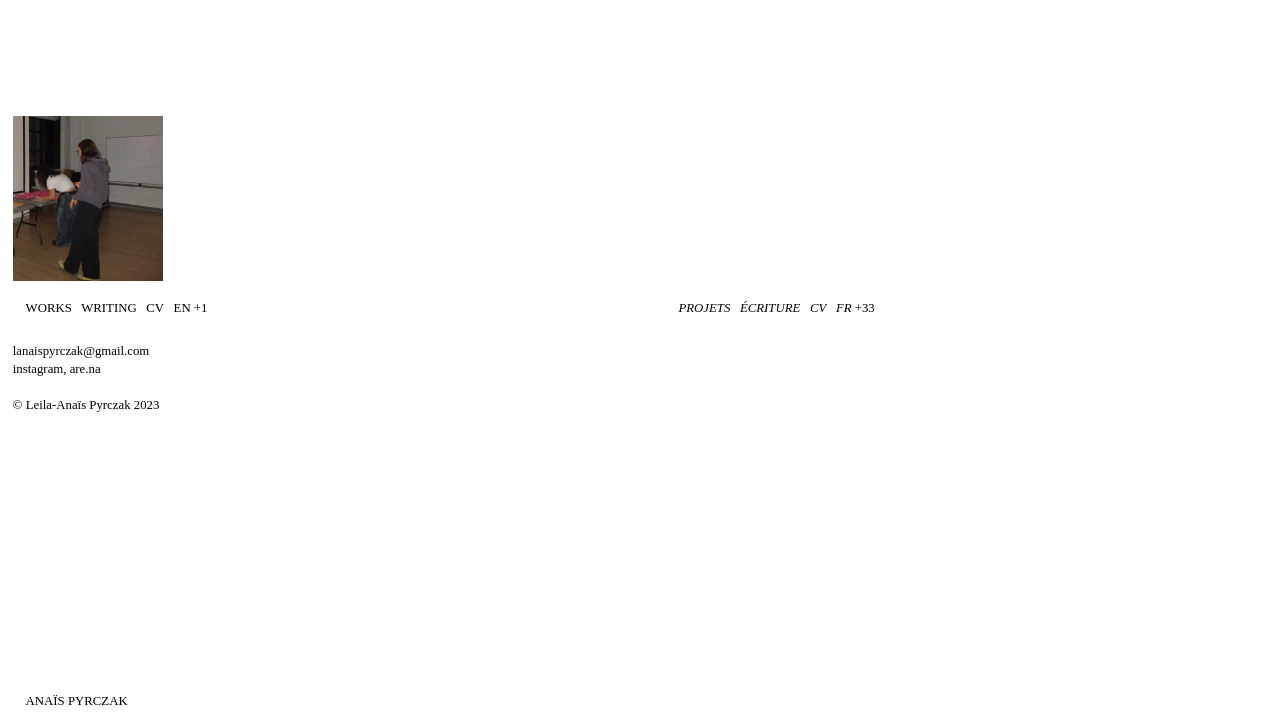
Repository: pyrcl090/site
Page: info.html
These files come from the project's save history. The page is drawn as it stood at one moment and after the next save; the edit follows.
The browser window is 1280 px wide. The pictures show the whole page.
Some web fonts or font styles are not loaded; a fallback is used.

Above is the page before, as saved 2024-03-20 22:24:24.
Console error: TypeError: Cannot read properties of null (reading 'addEventListener')

### info.html
<!DOCTYPE html>
<html lang="en">
<head>
    <meta charset="UTF-8">
    <meta http-equiv="X-UA-Compatible" content="IE=edge">
    <meta name="viewport" content="width=device-width, initial-scale=1.0">
    <title>anais pyrczak</title>
    <link rel="icon" type="image/x-icon" href="./AP.png">
    <link rel="stylesheet" href="style.css">
    <style>
        html{
            background-color: white;
        }
    </style>
</head>
<body>

<p class="nav">ANAÏS PYRCZAK</p>

<br><br><img class= "passeport margin-top" src="eh3.png" alt="meh" srcset="">

<div class="project language">

<p class="highlight en">
  <span class="select"><a href="index.html">WORKS</a></span>&nbsp;&nbsp;
  <span class="select"><a href="write.html">WRITING</a></span>&nbsp;&nbsp;
  <span class="select"><a class="internal" item="" href="CV_Leila_Anais_Pyrczak.pdf">CV</a></span>&nbsp;&nbsp;
  EN +1</p>
<p class="highlight fr">
  <span class="select"><a href="index.html"><em>PROJETS</em></a></span>&nbsp;&nbsp;
  <span class="select"><a href="write.html"><em>ÉCRITURE</em></a></span>&nbsp;&nbsp;
  <em class="select"><span><a class="internal" item="" href="CV_Leila_Anais_Pyrczak.pdf">CV</a></span></em>&nbsp;&nbsp;
  <em>FR</em> +33</p>
</div>

  <p class="info">lanaispyrczak@gmail.com <br>
    <span class="select"><a  class="external" item="" href="https://www.instagram.com/anaisest_/?hl=fr">instagram</a></span>,
    <span class="select"><a  class="external" item="" href="https://www.are.na/anais-pyrczak">are.na</a></span>
    <br><br>
    &#169; Leila-Anaïs Pyrczak 2023
    <br><br>
  </p>


<script src="script.js" async defer></script>
</body>
</html>

### style.css
@font-face {
    font-family: 'HMP';
    src: url("hiragino-maru-gothic-pron-w4.otf") format("truetype");
}

html{
    background-color:rgb(255, 255, 255);
}
body::-webkit-scrollbar {
    display: none;
  }
body{
    font-family: 'HMP';
    font-weight: 400;
    font-style: normal;
    font-size: .8em;
    line-height: 1.4em;
    overscroll-behavior-x: none;
    margin: 0%;
    padding: 0%;
    z-index: 0;
}
.dissapear{
    color: transparent;
}
.dissapear:hover{
    color: white;
    transition: .2s;
}

p{
    color: rgb(255, 255, 255);
    mix-blend-mode: exclusion;
}
a{
    color: rgb(255, 255, 255);
    text-decoration: none;
    mix-blend-mode: exclusion;
}
.nav{
    bottom: 1%;
    padding-bottom: 0%;
    padding-left: 2%;
    position: fixed;
    width: 100vw;
    height: 1vh;
    mix-blend-mode: exclusion;
    color: rgb(255, 255, 255);
    z-index: 3;
    overscroll-behavior-x: none;
}
.nav2{
    top: 0%;
    padding-bottom: 1%;
    right: 0%;
    padding-right: 2%;
    text-align: right;
    position: fixed;
    width: 50vw;
    height: 1vh;
    mix-blend-mode: exclusion;
    color: rgb(255, 255, 255);
    z-index: 3;
    overscroll-behavior-x: none;
}
.nav3{
    top: 0%;
    padding-bottom: 1%;
    padding-left: 2%;
    position: fixed;
    width: 50vw;
    height: 1vh;
    z-index: 3;
    overscroll-behavior-x: none;
}
.nav4{
    top: 40%;
    padding-bottom: 1%;
    padding-left: 2%;
    position: fixed;
    width: 50vw;
    height: 1vh;
    z-index: 3;
    overscroll-behavior-x: none;
}
.margin-top{
    margin-top: 80px;
}
.project{
    display: flex;
    flex-direction: row;
}
img.passeport{
    width: 150px;
    height:auto;
    padding-left: 1%;

}
.en{
    padding-left: 2%;
    padding-right: 1%;
    width: 50vw;
    /* text-align-last: right; */
}
.info{
    padding-left: 1%;
}

/* home selects */

.home_imgs{
    width: auto;
    margin-top: 0vh;
    height: 100vh;
    display: flex;
    padding-left: 0vw;
}
.home_container{
    width: auto;
    margin-top: 0vh;
    height: 100vh;
    display: flex;
    padding-left: 0vw;
}

/* are.na channels for individual pages */

  .arenaimgs{
         width: auto;
         margin-top: 0vh;
         height: 100vh;
         display: flex;
         padding-left: 0vw;
  }
  #parent{
          margin-block-start: 0em;
          margin-block-end: 0em;
          margin-inline-start: 0px;
          margin-inline-end: 0px;
          padding-inline-start: 0px;
          padding-inline-end: 0px;
          scroll-padding-inline-end: 0px;
   }
  ul {
          list-style-type: none;
          width: auto;
          height: fit-content;
          margin-block-start: 0em;
          margin-block-end: 0em;
          margin-inline-start: 0vw;
          margin-inline-end: 0px;
          padding-inline-start: 0px;
          padding-inline-end: 0px;
          scroll-padding-inline-end: 0px;
          display: flex;


      }
      .img_container{
        margin-block-start: 0em;
        margin-block-end: 0em;
        margin-inline-start: 0px;
        margin-inline-end: 0px;
        padding-inline-start: 0px;
        padding-inline-end: 0px;
        scroll-padding-inline-end: 0px;
        /* height: 100vh; */
        display: flex;
        flex-direction: column;
      }

      #image-block {

        background-color: none;
        display: flex;
        flex-direction: column;
        /* justify-content: center; */
      }

      iframe{
        width: 100vw;
        height: 40vh;
        z-index: 3;
      }
      iframe.web{
        height: 80vh;
        margin-left: 1%;
        width: 78vw;
        background-color: white;
        border-radius: 10px;
      }

      @media only screen and (max-width: 780px) {
        .nav{
            width: 100vw;
            padding-left: 2%;
        }
        .arenaimgs{
            width: auto;
            margin-top: 5vh;
            height: 90vh;
            margin-bottom: 5vh;
            display: flex;
            padding-left: 1vw;
     }
        iframe.video{
            height: 100vh;
            width: auto;
        }
        iframe{
            width: 98vw;
            margin: 1%;
            height: 40vh;
            z-index: 3;
          }
        iframe.web{
            height: 80vh;
            margin-left: 2%;
            width: 96vw;
            background-color: white;
            border-radius: 10px;
        }
        .margin-top{
            margin-top: 80px;
        }
        .info{
            padding-left: 2%;
        }
        img.passeport{
            width: 130px;
            height:auto;
            padding-left: 2%;
        }
        .highlight.fr{
            margin-bottom: 0%;
            margin-top: 0%;
        }
        .highlight.en{
            margin-bottom: 0%;
        }
      }

### script.js
let img1 = document.querySelector(".img1");
let img2 = document.querySelector(".img2");
let img3 = document.querySelector(".img3");
let img4 = document.querySelector(".img4");
let img5 = document.querySelector(".img5");
let img6 = document.querySelector(".img6");
let img7 = document.querySelector(".img7");
let img8 = document.querySelector(".img8");
let img9 = document.querySelector(".img9");

let imgtxt = document.querySelector("#img_text");
let mp4txt = document.querySelector("#mp4_text");

img1.addEventListener("mouseover", function(){
    mp4txt.innerHTML = "";
    imgtxt.innerHTML = "labraderie_POSTER";
});

img2.addEventListener("mouseover", function(){
    mp4txt.innerHTML = "";
    imgtxt.innerHTML = "rusałka_TYPEFACE";
});

// img3.addEventListener("mouseover", function(){
//     mp4txt.innerHTML = "";
//     imgtxt.innerHTML = "perfectdesigns_POSTER";
// });

img4.addEventListener("mouseover", function(){
    mp4txt.innerHTML = "";
    imgtxt.innerHTML = "sledz_BRANDING";
});

// img5.addEventListener("mouseover", function(){
//     mp4txt.innerHTML = "preciouscarharttWIP_ANIMATION";
//     imgtxt.innerHTML = "";
// });

img6.addEventListener("mouseover", function(){
    mp4txt.innerHTML = "";
    imgtxt.innerHTML = "signaletiquechiottes_FUNSHIT";
});

img7.addEventListener("mouseover", function(){
    mp4txt.innerHTML = "";
    imgtxt.innerHTML = "(e)3_BOOK";
});

img8.addEventListener("mouseover", function(){
    mp4txt.innerHTML = "lepasdecote_IDENTITY";
    imgtxt.innerHTML = "";
});

img9.addEventListener("mouseover", function(){
    mp4txt.innerHTML = "";
    imgtxt.innerHTML = "recettesgenerees_BOOK";
});


// event listener text
// labraderie
// whitefinproject
// sledz
// preciouscarharttWIP
// signaletiquechiottes
// (e)
// lepasdecote
// recettesgenerees

After the next save:
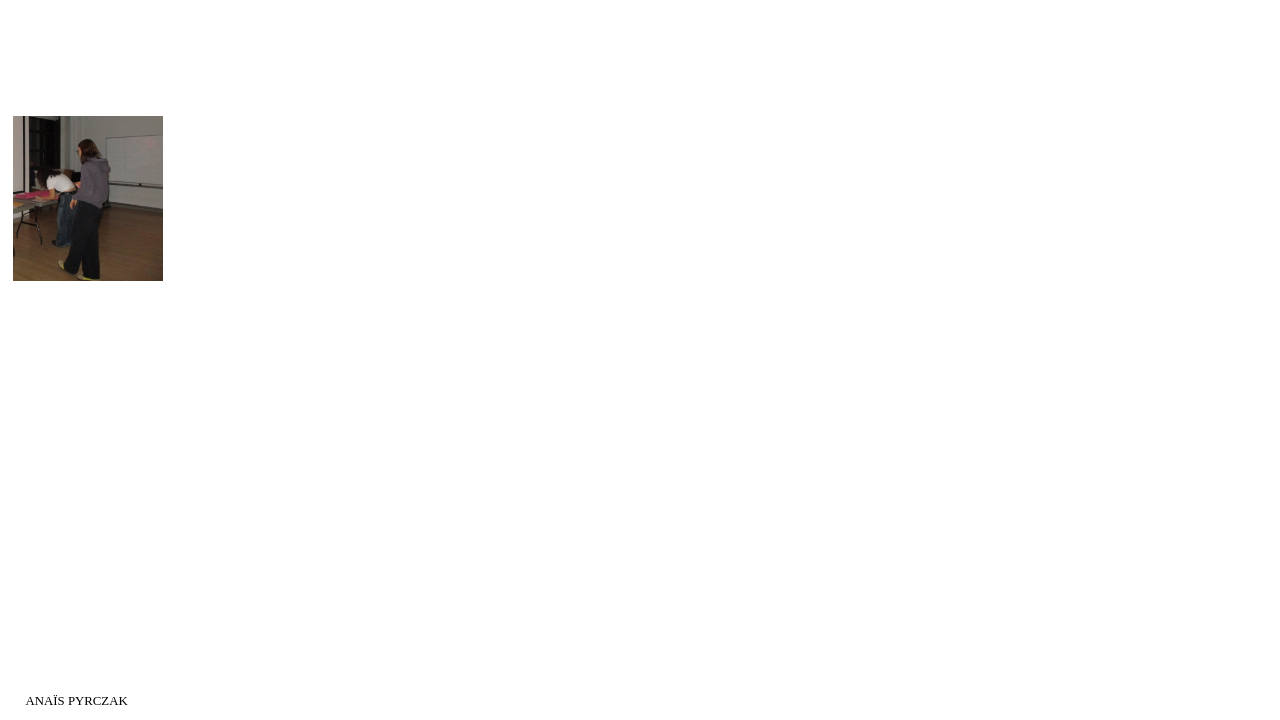
Saved 40 s later.
--- a/info.html
+++ b/info.html
@@ -21,25 +21,7 @@
 
 <div class="project language">
 
-<p class="highlight en">
-  <span class="select"><a href="index.html">WORKS</a></span>&nbsp;&nbsp;
-  <span class="select"><a href="write.html">WRITING</a></span>&nbsp;&nbsp;
-  <span class="select"><a class="internal" item="" href="CV_Leila_Anais_Pyrczak.pdf">CV</a></span>&nbsp;&nbsp;
-  EN +1</p>
-<p class="highlight fr">
-  <span class="select"><a href="index.html"><em>PROJETS</em></a></span>&nbsp;&nbsp;
-  <span class="select"><a href="write.html"><em>ÉCRITURE</em></a></span>&nbsp;&nbsp;
-  <em class="select"><span><a class="internal" item="" href="CV_Leila_Anais_Pyrczak.pdf">CV</a></span></em>&nbsp;&nbsp;
-  <em>FR</em> +33</p>
-</div>
 
-  <p class="info">lanaispyrczak@gmail.com <br>
-    <span class="select"><a  class="external" item="" href="https://www.instagram.com/anaisest_/?hl=fr">instagram</a></span>,
-    <span class="select"><a  class="external" item="" href="https://www.are.na/anais-pyrczak">are.na</a></span>
-    <br><br>
-    &#169; Leila-Anaïs Pyrczak 2023
-    <br><br>
-  </p>
 
 
 <script src="script.js" async defer></script>
